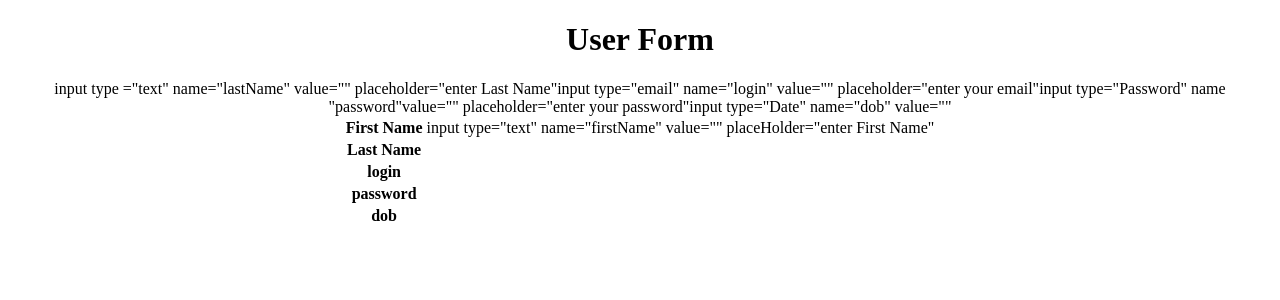
Repository: Deepak9669/JSP-Servlet
Page: http://localhost/Dynamic-Web-Project/Form.jsp
An editor plug-in stored every save of this project. The page is shown before and after the next save, followed by the edit.
The browser window is 1280 px wide. The pictures show the whole page.
The page is served by Tomcat 9.

Above is the page before, as saved 2025-09-28 08:32:10.

After the next save:
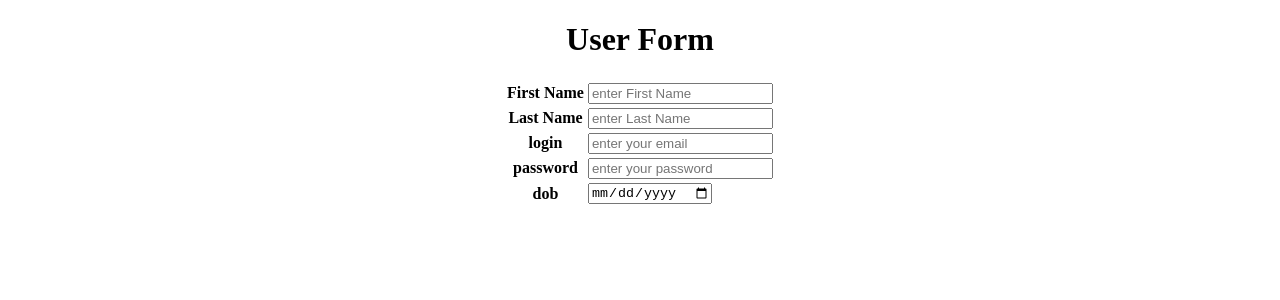
Saved 6 min 16 s later.
--- a/Dynamic-Web-Project/WebContent/Form.jsp
+++ b/Dynamic-Web-Project/WebContent/Form.jsp
@@ -17,16 +17,16 @@
 
      <th>First Name</th>
 
-     <td>input type="text" name="firstName" value=""
-      placeHolder="enter First Name"</td>
+     <td><input type="text" name="firstName" value=""
+      placeHolder="enter First Name"></td>
 
       </tr>
 
       <tr>
 
        <th>Last Name</th>
-        <tb>input type ="text" name="lastName" value=""
-          placeholder="enter Last Name"</tb>
+        <td><input type ="text" name="lastName" value=""
+          placeholder="enter Last Name"></td>
 
        </tr>
 
@@ -34,18 +34,18 @@
              <tr>
 
               <th>login</th>
-                <tb>input type="email" name="login" value=""
-                  placeholder="enter your email"</tb>
+                <td><input type="email" name="login" value=""
+                  placeholder="enter your email"></td>
              </tr>
 
               <tr>
               <th>password</th>
-              <tb>input type="Password" name "password"value=""
-               placeholder="enter your password"</tb>
+              <td><input type="Password" name "password"value=""
+               placeholder="enter your password"></td>
 
                <tr>
                  <th>dob</th>
-                  <tb>input type="Date" name="dob" value=""</tb>
+                  <td><input type="Date" name="dob" value=""></td>
 
               </tr>
 
